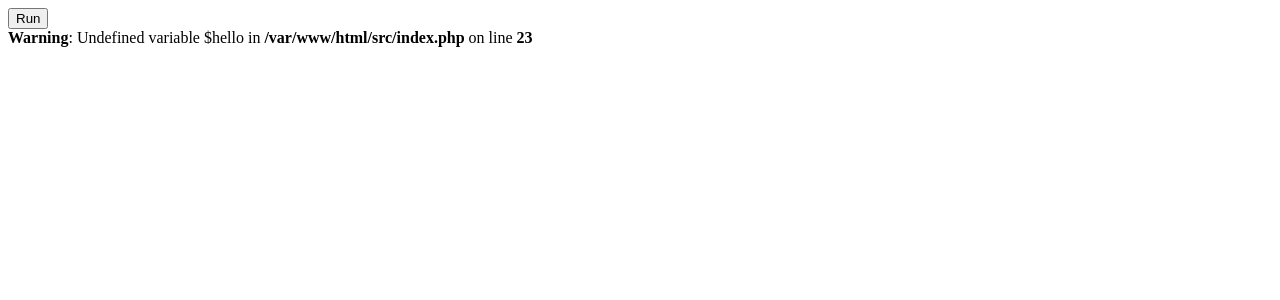
Repository: SarahG4000/workshop-cookies
Page: http://localhost/index.php
These files come from the project's save history. The page is drawn as it stood at one moment and after the next save; the edit follows.
The browser window is 1280 px wide. The pictures show the whole page.
The page is run by PHP 8.4 with error messages shown; the project is at /var/www/html/.

Above is the page before, as saved 2020-09-01 22:56:10.

### src/index.php
<?php
// include './php/cookies.php';
?>

<!DOCTYPE html>
<html lang="en">

<head>
    <meta charset="UTF-8">
    <meta name="viewport" content="width=device-width, initial-scale=1.0">
    <title>Workshop</title>
</head>

<body>
    <div id="app">
        <button id="run">Run</button>

        <?php
        $hello = 'hello World';

        function HelloWorld()
        {
            echo '<h1>' . $hello . '</h1>';
        }

        HelloWorld();
        ?>
    </div>
    <script src="./javasscript/cookies.js"></script>

</body>

</html>

### src/javasscript/cookies.js
const hello = "Hello World";

document.querySelector("#run").addEventListener("click", () => {
    console.log(hello);
})

After the next save:
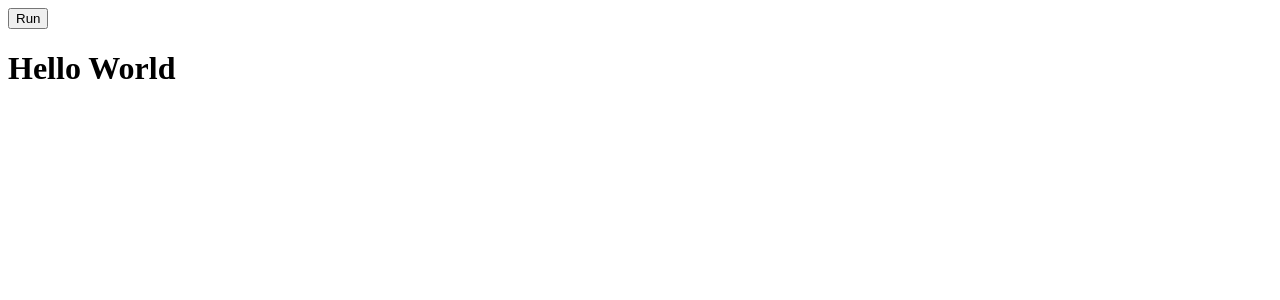
Saved 28 s later.
--- a/src/index.php
+++ b/src/index.php
@@ -20,7 +20,7 @@
 
         function HelloWorld()
         {
-            echo '<h1>' . $hello . '</h1>';
+            echo '<h1>Hello World</h1>';
         }
 
         HelloWorld();
